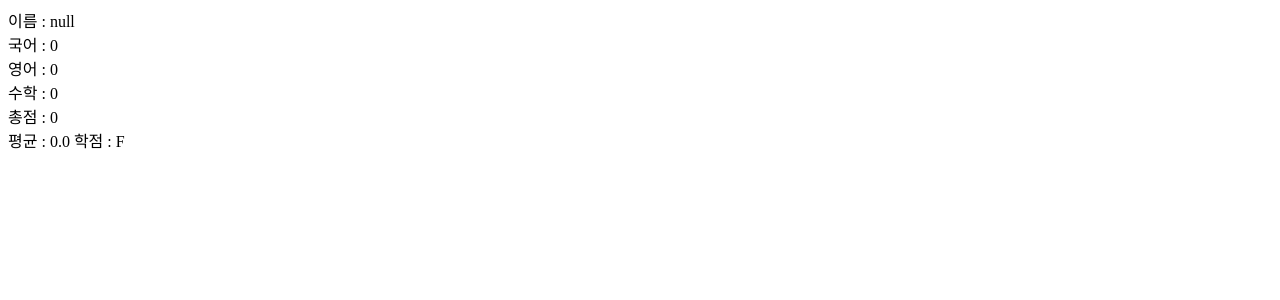
Repository: LEENYAMNYAM/JSP
Page: http://localhost/JSP_Project/exam/scoreResult3.jsp
The author's editor kept a copy of each file at every save. The page is drawn from the files as they stood at one save, then again after the next save.
The browser window is 1280 px wide. The pictures show the whole page.
The page is served by Tomcat 9. Other server files are loaded and not shown.

Above is the page before, as saved 2025-02-28 00:45:57.

### JSP_Project/src/main/webapp/exam/scoreResult3.jsp
<%@ page import="com.exam.ScoreBean"%>
<%@ page language="java" contentType="text/html; charset=UTF-8"
    pageEncoding="UTF-8"%>
<!DOCTYPE html>
<html>
<head>
<meta charset="UTF-8">
<title>ScoreResult</title>
</head>
<% // 스크립트릿(JSP를 해석하기위한 언어)
request.setCharacterEncoding("utf-8");
%>

<!-- 자바에서 String name = request.getParameter("name"); 와 같은 역할을 함   -->
<jsp:useBean id ="sb" class="com.exam.ScoreBean"></jsp:useBean>

<!-- sb의 모든 필드를 가져옴 -->
<jsp:setProperty property="*" name="sb"/>

<body>
이름 : <%= sb.getName() %><br/>
국어 : <%= sb.getKor() %><br/>
영어 : <%= sb.getEng() %><br/>
수학 : <%= sb.getMath() %><br/>
총점 : <%= sb.getTotal() %><br/>
평균 : <%= sb.getAvg() %>
학점 : <%= sb.getGrade() %>

</body>
</html>

### JSP_Project/src/main/java/com/exam/ScoreBean.java
package com.exam;

public class ScoreBean {

	//필드
	private String name;
	private int kor;
	private int eng;
	private int math;

	//setter
	public void setName(String name) {
		this.name = name;
	}

	public void setKor(int kor) {
		this.kor = kor;
	}

	public void setEng(int eng) {
		this.eng = eng;
	}

	public void setMath(int math) {
		this.math = math;
	}
	//getter
	public String getName() {
		return name;
	}

	public int getKor() {
		return kor;
	}

	public int getEng() {
		return eng;
	}

	public int getMath() {
		return math;
	}

	// 총점을 구하는 메소드
	public int getTotal() {
		return kor+eng+math;
	}
	// 평균을 구하는 메소드
	public float getAvg() {
		return (kor+eng+math)/3.0f;
	}
	// 학점을 구하는 메소드
	public String getGrade() {
		String grade="";
		switch((int)getAvg()/10) {
			case 10:
			case 9: grade ="A"; break;
			case 8: grade ="B"; break;
			case 7: grade ="C"; break;
			default: grade ="F"; break;
		}
		return grade;
	}




}

After the next save:
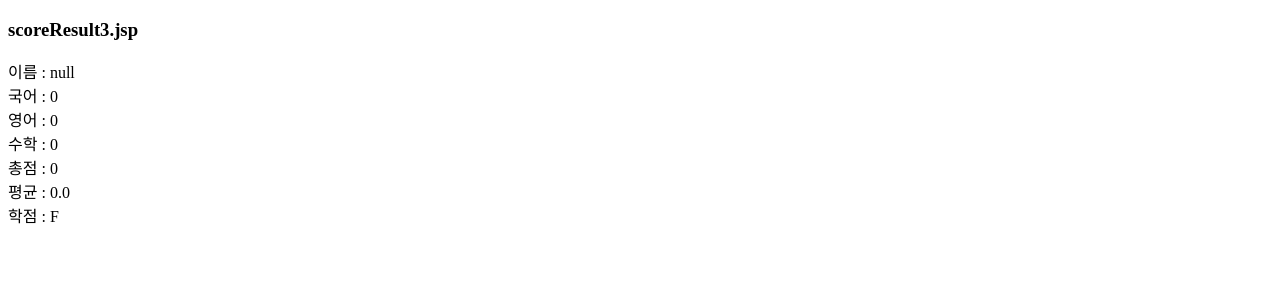
Saved 41 s later.
--- a/JSP_Project/src/main/webapp/exam/scoreResult3.jsp
+++ b/JSP_Project/src/main/webapp/exam/scoreResult3.jsp
@@ -18,12 +18,13 @@ request.setCharacterEncoding("utf-8");
 <jsp:setProperty property="*" name="sb"/>
 
 <body>
+<h3>scoreResult3.jsp</h3>
 이름 : <%= sb.getName() %><br/>
 국어 : <%= sb.getKor() %><br/>
 영어 : <%= sb.getEng() %><br/>
 수학 : <%= sb.getMath() %><br/>
 총점 : <%= sb.getTotal() %><br/>
-평균 : <%= sb.getAvg() %>
+평균 : <%= sb.getAvg() %><br/>
 학점 : <%= sb.getGrade() %>
 
 </body>
